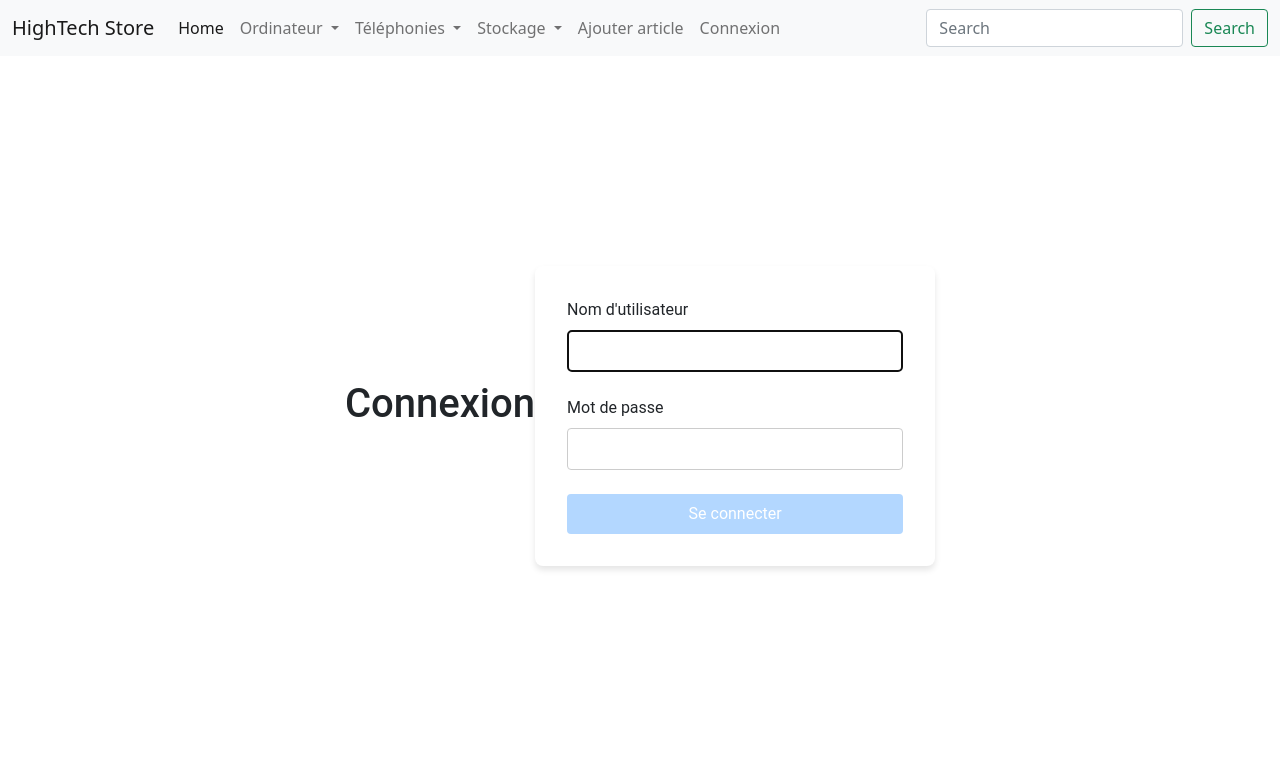
Repository: HaPhuong-krys/M1-angular
Page: /Connexion
These files come from the project's save history. The page is drawn as it stood at one moment and after a run of saves; the edit follows.
The browser window is 1280 px wide. The pictures show the whole page.
The project was rebuilt for these pictures with package versions that can differ from the ones it lists, and the page was loaded fresh each time. Also part of the build but not shown: angular.json, src/app/home/home.component.ts, src/app/pc-bureau/pc-bureau.component.ts, src/app/pc-portable/pc-portable.component.ts, src/app/ajouter-article-form/ajouter-article-form.component.ts, src/app/Model/Articles.ts, src/app/accessoire-ordi/accessoire-ordi.component.ts, src/app/smart-phone/smart-phone.component.ts and 10 more.

Above is the page before, as saved 2023-04-22 23:48:45.

After the next 3 saves:
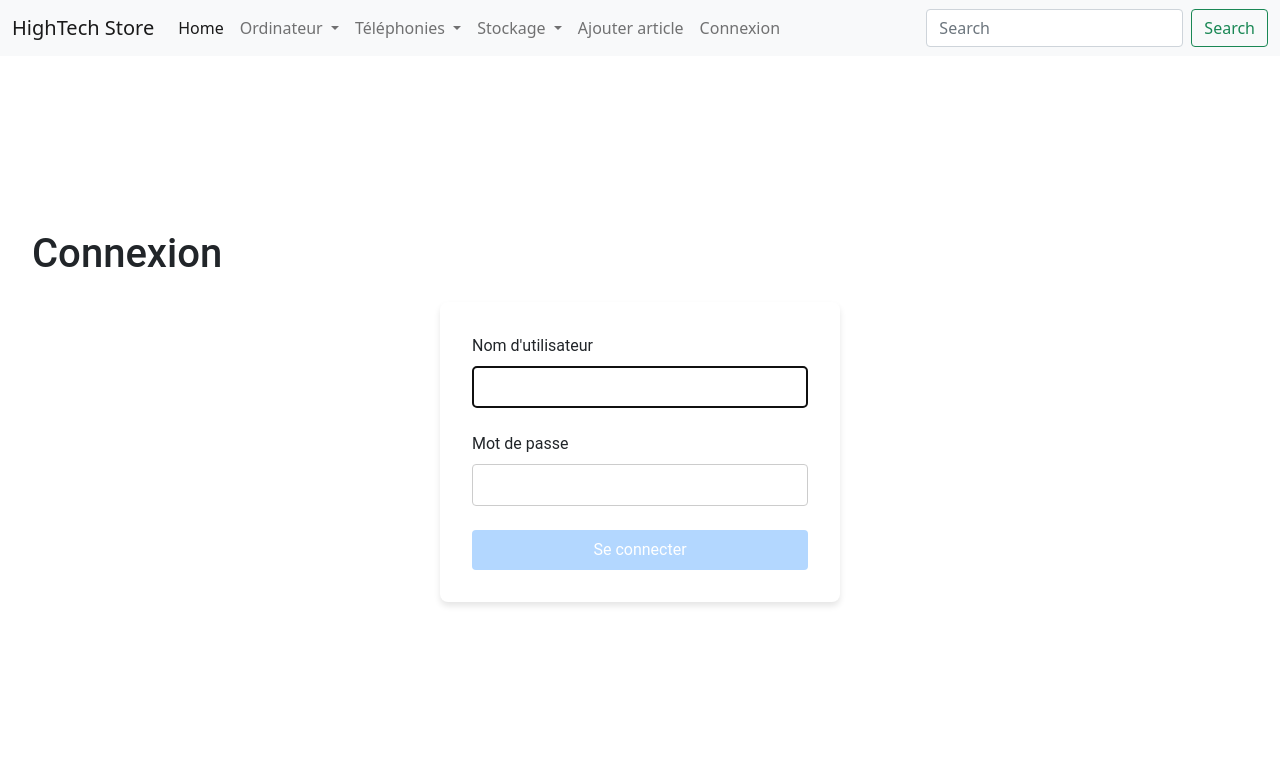
The 3 saves are shown as one change because they came seconds apart.
The last was saved 3 min 16 s later.
--- a/src/app/connexion/connexion.component.css
+++ b/src/app/connexion/connexion.component.css
@@ -1,10 +1,19 @@
+/* connexion.component.css */
 /* connexion.component.css */
 .login-container {
     display: flex;
+    flex-direction: column;
     justify-content: center;
     align-items: center;
     min-height: 100vh;
     font-family: 'Roboto', sans-serif;
+  }
+
+  h1 {
+    text-align: center;
+    margin-bottom: 1.5rem;
+    align-self: flex-start;
+    padding-left: 2rem;
   }
 
   form {
@@ -16,10 +25,6 @@
     max-width: 400px;
   }
 
-  h1 {
-    text-align: center;
-    margin-bottom: 1.5rem;
-  }
 
   .form-group {
     display: flex;

After the 2 saves that followed:
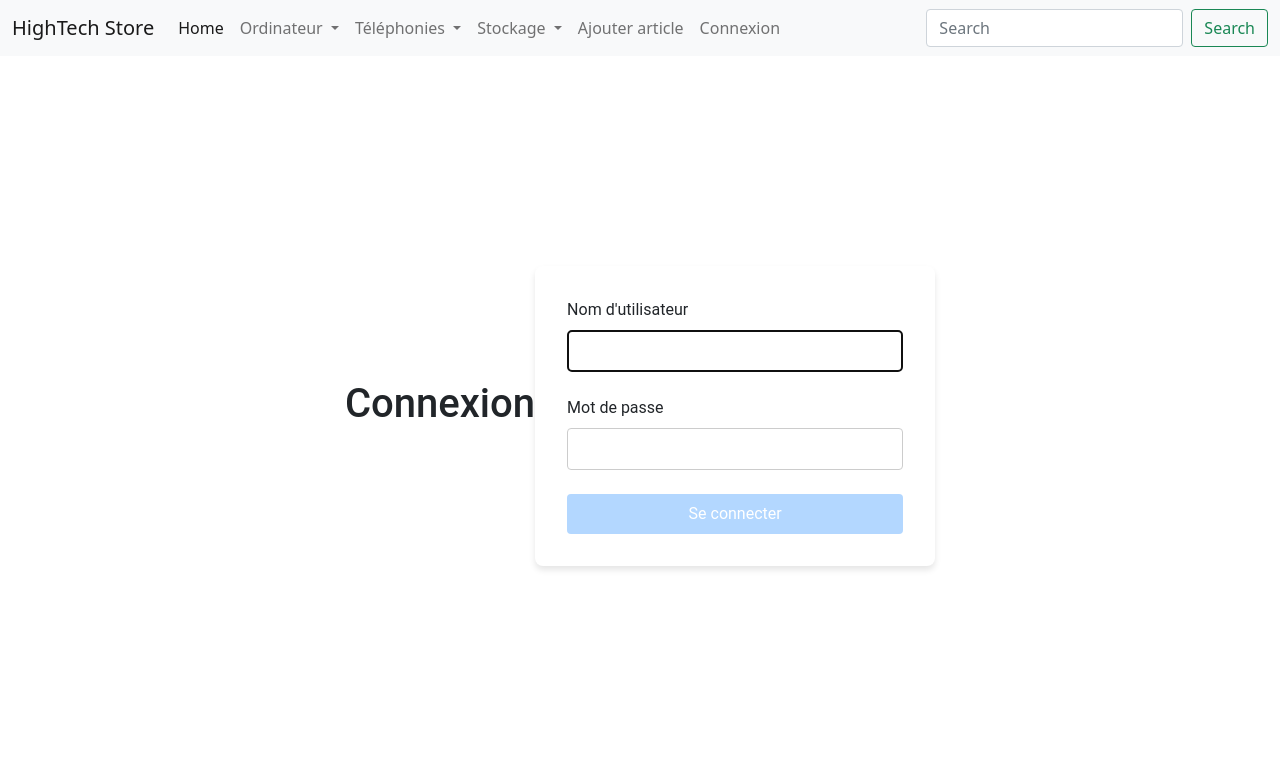
The 2 saves are shown as one change because they came seconds apart.
The last was saved 14 s later.
--- a/src/app/connexion/connexion.component.css
+++ b/src/app/connexion/connexion.component.css
@@ -1,64 +1,59 @@
-/* connexion.component.css */
 /* connexion.component.css */
 .login-container {
-    display: flex;
-    flex-direction: column;
-    justify-content: center;
-    align-items: center;
-    min-height: 100vh;
-    font-family: 'Roboto', sans-serif;
-  }
+  display: flex;
+  justify-content: center;
+  align-items: center;
+  min-height: 100vh;
+  font-family: 'Roboto', sans-serif;
+}
 
-  h1 {
-    text-align: center;
-    margin-bottom: 1.5rem;
-    align-self: flex-start;
-    padding-left: 2rem;
-  }
+form {
+  background-color: #ffffff;
+  padding: 2rem;
+  border-radius: 8px;
+  box-shadow: 0 4px 6px rgba(0, 0, 0, 0.1);
+  width: 100%;
+  max-width: 400px;
+}
 
-  form {
-    background-color: #ffffff;
-    padding: 2rem;
-    border-radius: 8px;
-    box-shadow: 0 4px 6px rgba(0, 0, 0, 0.1);
-    width: 100%;
-    max-width: 400px;
-  }
+h1 {
+  text-align: center;
+  margin-bottom: 1.5rem;
+}
 
+.form-group {
+  display: flex;
+  flex-direction: column;
+  margin-bottom: 1.5rem;
+}
 
-  .form-group {
-    display: flex;
-    flex-direction: column;
-    margin-bottom: 1.5rem;
-  }
+label {
+  margin-bottom: 0.5rem;
+}
 
-  label {
-    margin-bottom: 0.5rem;
-  }
+input {
+  padding: 0.5rem;
+  font-size: 1rem;
+  border: 1px solid #cccccc;
+  border-radius: 4px;
+}
 
-  input {
-    padding: 0.5rem;
-    font-size: 1rem;
-    border: 1px solid #cccccc;
-    border-radius: 4px;
-  }
+button {
+  cursor: pointer;
+  background-color: #007bff;
+  color: #ffffff;
+  padding: 0.5rem;
+  font-size: 1rem;
+  border: none;
+  border-radius: 4px;
+  width: 100%;
+}
 
-  button {
-    cursor: pointer;
-    background-color: #007bff;
-    color: #ffffff;
-    padding: 0.5rem;
-    font-size: 1rem;
-    border: none;
-    border-radius: 4px;
-    width: 100%;
-  }
+button:hover {
+  background-color: #0069d9;
+}
 
-  button:hover {
-    background-color: #0069d9;
-  }
-
-  button:disabled {
-    background-color: #b3d7ff;
-    cursor: not-allowed;
-  }
+button:disabled {
+  background-color: #b3d7ff;
+  cursor: not-allowed;
+}
